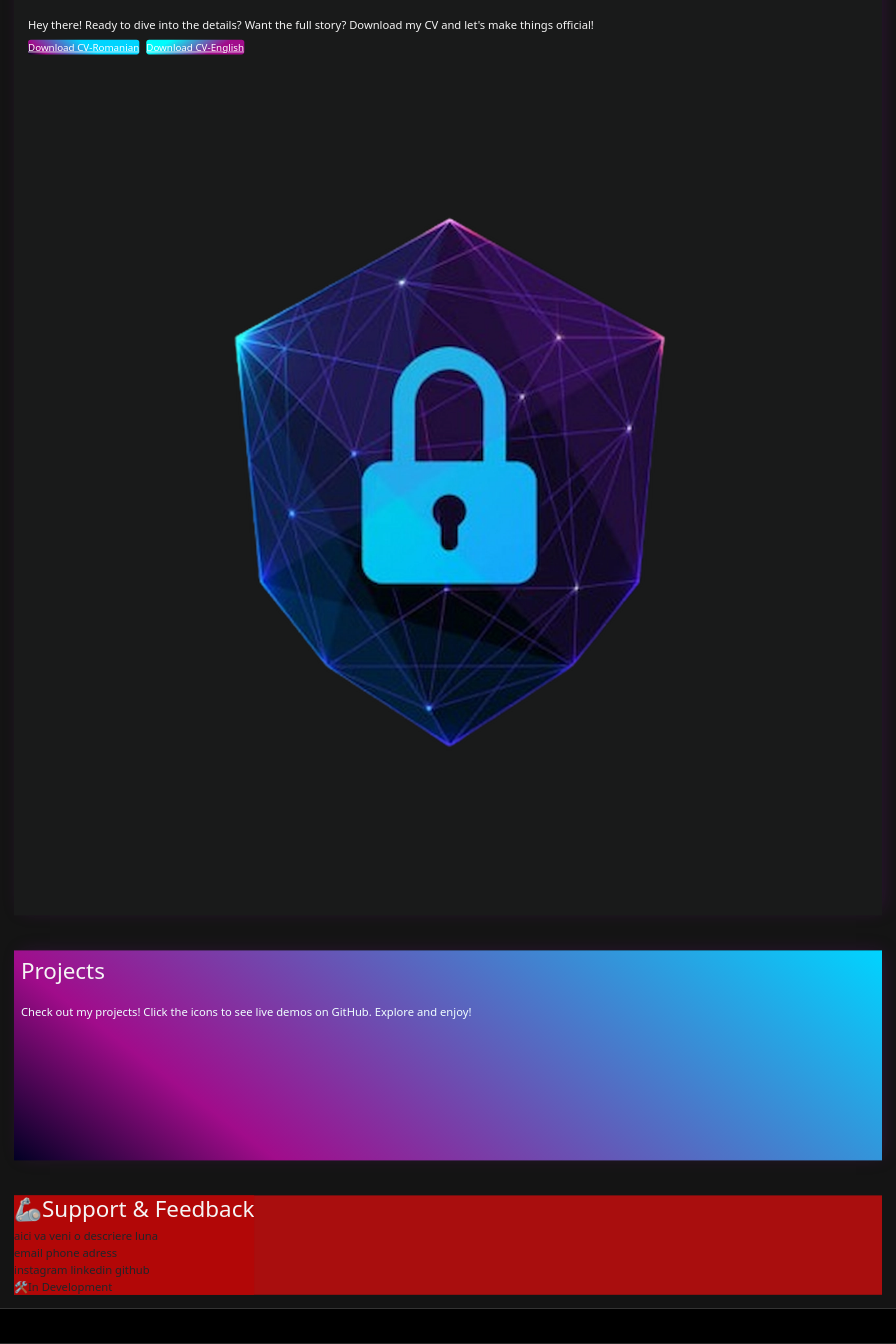
Repository: Sebastiand22/portfolio
Page: index.html
An editor plug-in stored every save of this project. The page is shown before and after a run of saves, followed by the edit.
The browser window is 1280 px wide. The pictures show the part of the page from y = 1864 to 3784 px (the page is 3784 px tall before and 3760 px after), at 70% of full size.

Above is the page before, as saved 2024-09-15 17:40:43.

After the next 3 saves:
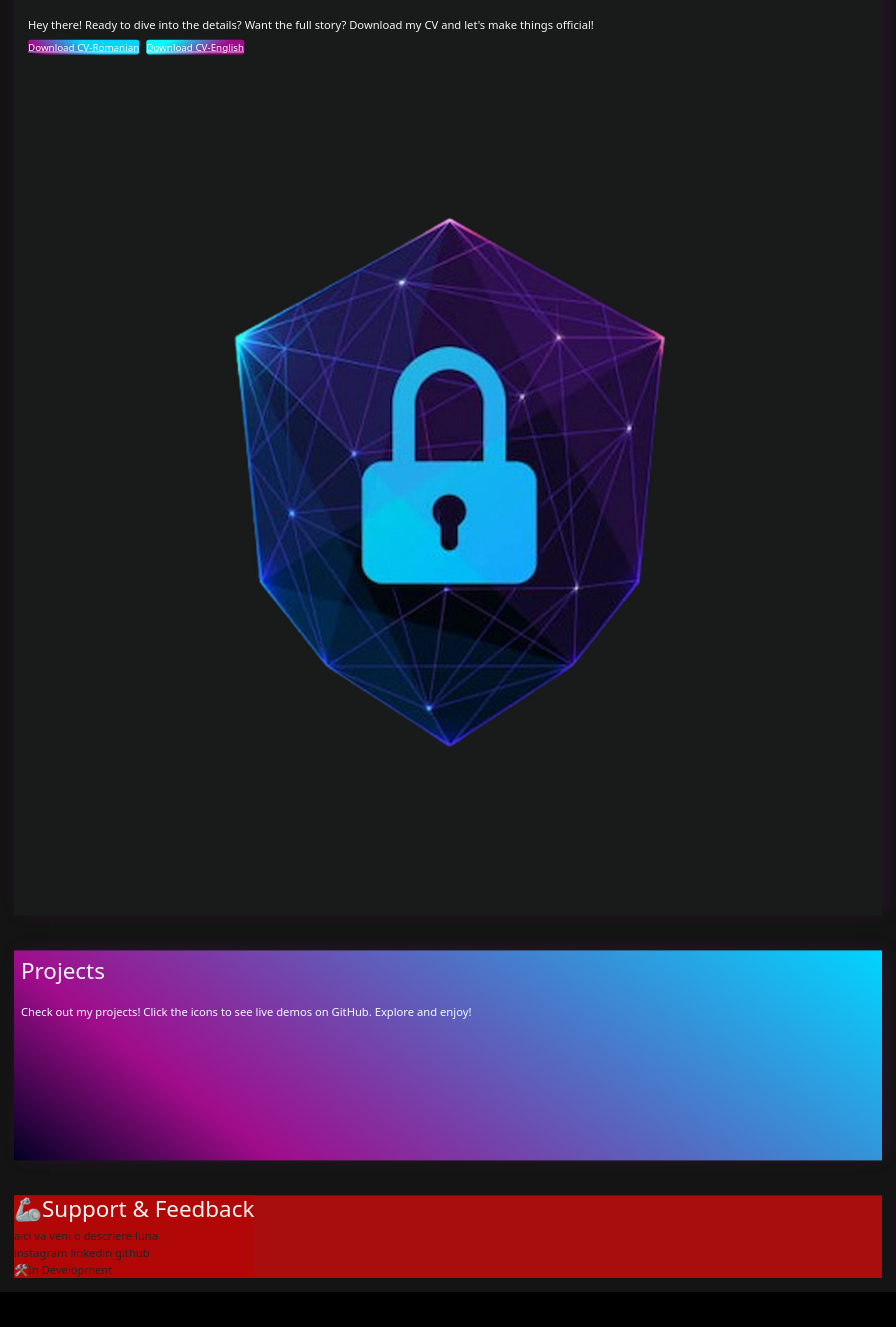
The 3 saves are shown as one change because they came seconds apart.
The last was saved 54 s later.
--- a/index.html
+++ b/index.html
@@ -214,7 +214,10 @@
               >aici va veni o descriere luna
             </span>
 
-            <div class="contact-details">email phone adress</div>
+            <div class="contact-details">
+<a href=""></a>
+
+            </div>
 
             <div class="social-details">instagram linkedin github</div>
             <div class="development">🛠In Development</div>
